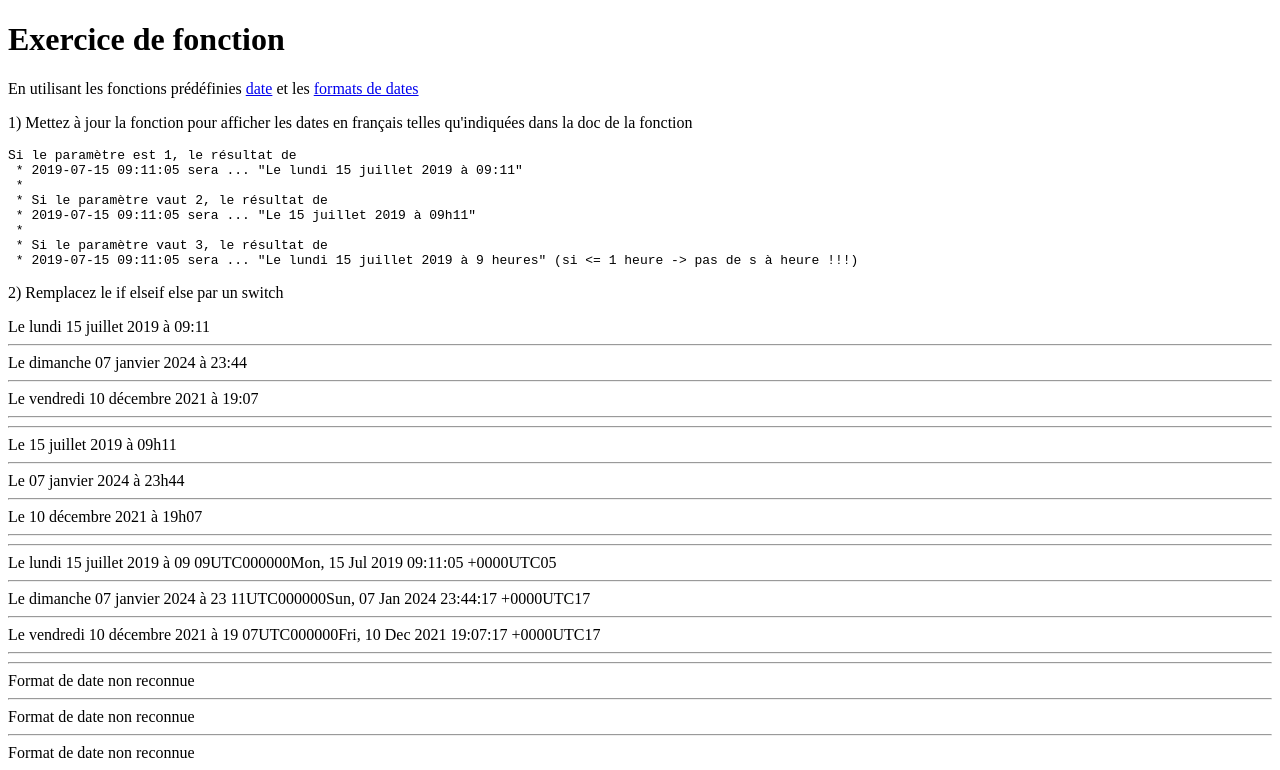
Repository: WebDevCF2m2021/base-php-2021
Page: http://localhost/20-dates-en-francais.php
These files come from the project's save history. The page is drawn as it stood at one moment and after the next save; the edit follows.
The browser window is 1280 px wide. The pictures show the whole page.
The page is run by PHP 8.4 with error messages shown; the project is at /var/www/html/.

Above is the page before, as saved 2021-09-20 18:32:30.

### 20-dates-en-francais.php
<?php

/**
 * frenchDate
 *
 * Permet de transformer une date au format datetime (en français YYYY-MM-JJ HH:MM:SS - en date("Y-m-d H:i/s"))
 *
 * Si le paramètre est 1, le résultat de
 * 2019-07-15 09:11:05 sera ... "Le lundi 15 juillet 2019 à 09:11"
 *
 * Si le paramètre vaut 2, le résultat de
 * 2019-07-15 09:11:05 sera ... "Le 15 juillet 2019 à 09h11"
 *
 * Si le paramètre vaut 3, le résultat de
 * 2019-07-15 09:11:05 sera ... "Le lundi 15 juillet 2019 à 9 heures" (si <= 1 heure -> pas de s à heure !!!)
 *
 * @param  String $date
 * @return String
 */
function frenchDate($date,$format=1){

    // sortie
    $out="";

    // Les jours en français
    $joursTab = ["dimanche","lundi","mardi","mercredi","jeudi","vendredi","samedi"];

    // Les mois en français, on le fait commencer à 1, car l'expression "n" de date nous donne les mois de 1 (janvier) à 12 (décembre)
    $moisTab = [1=>"janvier","février","mars","avril","mai","juin","juillet","août","septembre","octobre","novembre","décembre"];

    // transformation de la date en Timestamp (secondes depuis le 1/1/1970 )
    $date = strtotime($date);
    // A transformer en switch
    if($format===1){
        $out.="Le "
                .$joursTab[date("w",$date)]." " // jour de la semaine en français
                .date("d",$date)." " // chiffre du jour
                .$moisTab[date("n",$date)]." " // mois en français
                .date("Y à H:i",$date); // année / heures / minutes
    }elseif($format===2){
        $out.="Le "
        .date("d",$date)." " // chiffre du jour
        .$moisTab[date("n",$date)]." " // mois en français
        .date("Y à H\hi",$date); // année / heures / minutes
    }elseif($format===3){
        $out.="Le "
        .$joursTab[date("w",$date)]." " // jour de la semaine en français
        .date("d",$date)." " // chiffre du jour
        .$moisTab[date("n",$date)]." " // mois en français
        .date("Y",$date); // année / heures / minutes
        if(intval(date("H",$date))>1){
            $out.=date(" à H heures",$date);
        };
/*         if(date("Y",$date)){}else{} */
    }else{
         return "Format de date non reconnue";
    }
    return $out;
}

// date en datetime
$date1 = "2019-07-15 09:11:05";
$date2 = "2024-01-07 23:44:17";
$date3 = "2021-12-10 19:07:17";


?>
<!DOCTYPE html>
<html lang="en">
<head>
    <meta charset="UTF-8">
    <meta http-equiv="X-UA-Compatible" content="IE=edge">
    <meta name="viewport" content="width=device-width, initial-scale=1.0">
    <title>Exercice</title>
</head>
<body>
    <h1>Exercice de fonction</h1>
    <p>En utilisant les fonctions prédéfinies <a href="https://www.php.net/manual/fr/function.date.php" target="_blank">date</a> et les <a href="https://www.php.net/manual/fr/datetime.format.php" target="_blank" rel="noopener noreferrer">formats de dates</a>   </p>
    <p>1) Mettez à jour la fonction pour afficher les dates en français telles qu'indiquées dans la doc de la fonction</p>
    <pre>Si le paramètre est 1, le résultat de
 * 2019-07-15 09:11:05 sera ... "Le lundi 15 juillet 2019 à 09:11"
 *
 * Si le paramètre vaut 2, le résultat de
 * 2019-07-15 09:11:05 sera ... "Le 15 juillet 2019 à 09h11"
 *
 * Si le paramètre vaut 3, le résultat de
 * 2019-07-15 09:11:05 sera ... "Le lundi 15 juillet 2019 à 9 heures" (si <= 1 heure -> pas de s à heure !!!)</pre>
    <p>2) Remplacez le if elseif else par un switch</p>
   <?php
   echo frenchDate($date1);
   echo "<hr>";
   echo frenchDate($date2);
   echo "<hr>";
   echo frenchDate($date3);
   echo "<hr><hr>";
   echo frenchDate($date1,2);
   echo "<hr>";
   echo frenchDate($date2,2);
   echo "<hr>";
   echo frenchDate($date3,2);
   echo "<hr><hr>";
   echo frenchDate($date1,3);
   echo "<hr>";
   echo frenchDate($date2,3);
   echo "<hr>";
   echo frenchDate($date3,3);
   echo "<hr><hr>";
   echo frenchDate($date1,4);
   echo "<hr>";
   echo frenchDate($date2,4);
   echo "<hr>";
   echo frenchDate($date3,4);
   ?>
</body>
</html>

After the next save:
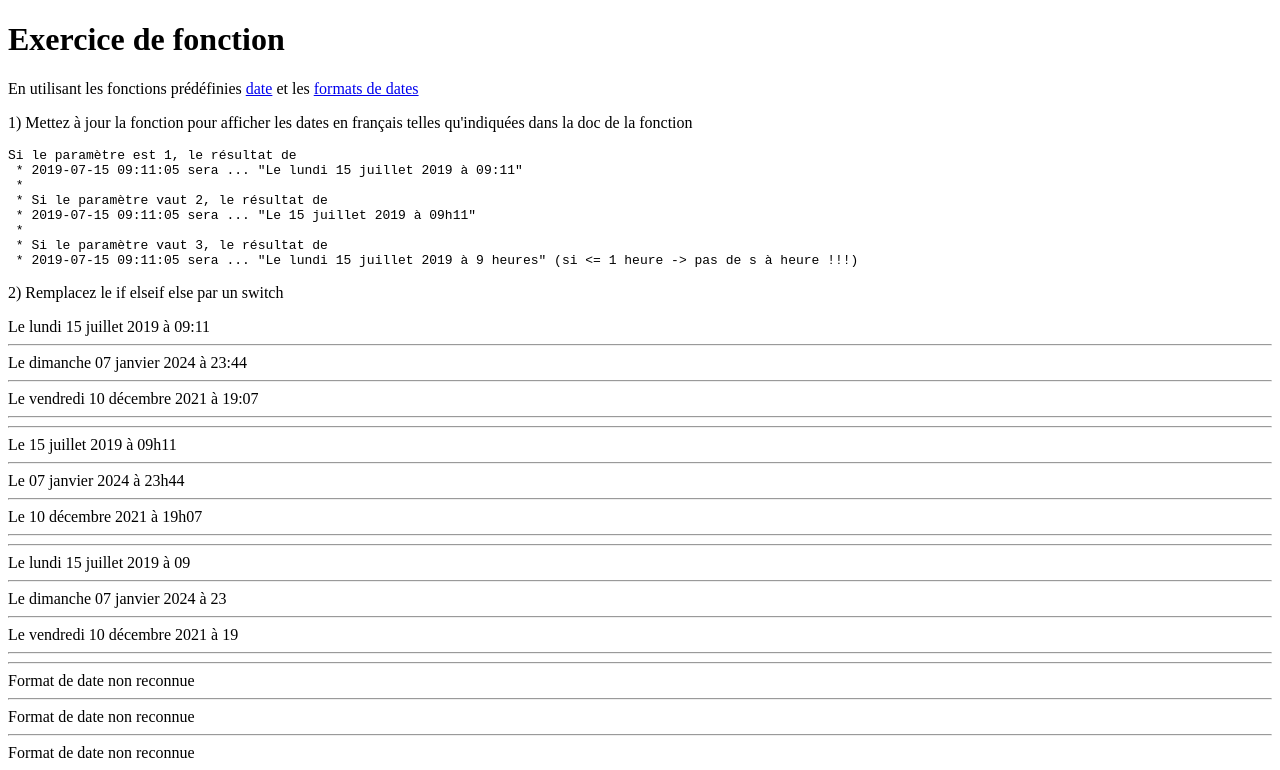
Saved 13 s later.
--- a/20-dates-en-francais.php
+++ b/20-dates-en-francais.php
@@ -49,7 +49,7 @@ function frenchDate($date,$format=1){
         .$moisTab[date("n",$date)]." " // mois en français
         .date("Y",$date); // année / heures / minutes
         if(intval(date("H",$date))>1){
-            $out.=date(" à H heures",$date);
+            $out.=date(" à H",$date);
         };
 /*         if(date("Y",$date)){}else{} */
     }else{
